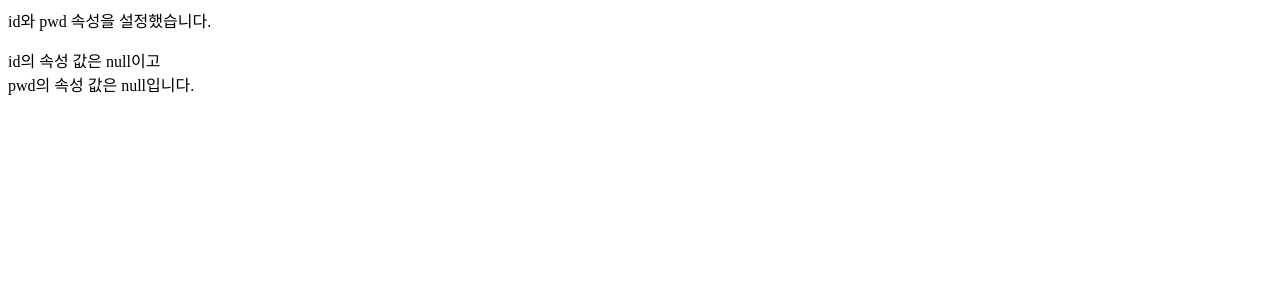
Repository: Chaenini/JSP
Page: http://localhost/Basic_JSP/coosession/LoginTestPro.jsp
These files come from the project's save history. The page is drawn as it stood at one moment and after the next save; the edit follows.
The browser window is 1280 px wide. The pictures show the whole page.
The page is served by Tomcat 9. Other server files are loaded and not shown.

Above is the page before, as saved 2019-10-13 17:24:34.

### JSP/Basic_JSP/WebContent/coosession/LoginTestPro.jsp
<%@ page language="java" contentType="text/html; charset=EUC-KR"
    pageEncoding="EUC-KR"%>
<!DOCTYPE html>
<html>
<head>
<meta charset="EUC-KR">
<title>세션 설정 및 사용</title>
</head>
<body>
	<%
	String id = request.getParameter("id");
	String pwd = request.getParameter("pwd");

	session.setAttribute("id	", id);
	session.setAttribute("pwd", pwd);
	%>

	id와 pwd 속성을 설정했습니다. <p>
	id의 속성 값은
	<%=(String)session.getAttribute("id") %>이고 <br>
	pwd의 속성 값은
	<%=(String)session.getAttribute("pwd")%>입니다.
</body>
</html>

After the next save:
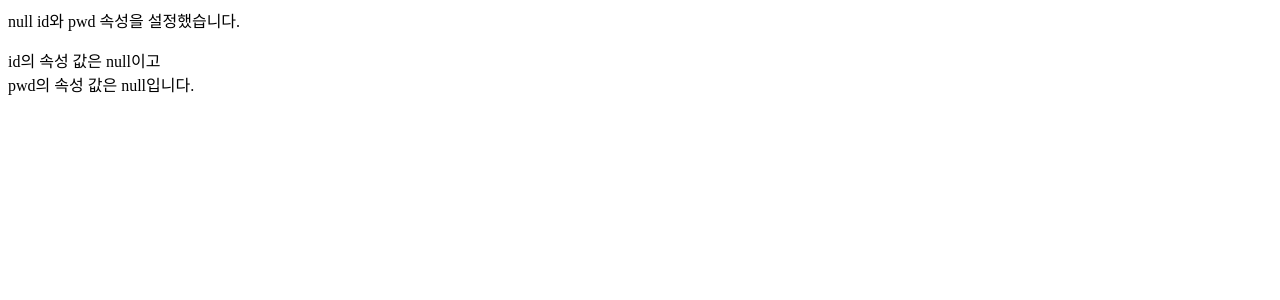
Saved 83 s later.
--- a/JSP/Basic_JSP/WebContent/coosession/LoginTestPro.jsp
+++ b/JSP/Basic_JSP/WebContent/coosession/LoginTestPro.jsp
@@ -10,7 +10,9 @@
 	<%
 	String id = request.getParameter("id");
 	String pwd = request.getParameter("pwd");
-
+	%>
+	<%=id %>
+	<%
 	session.setAttribute("id	", id);
 	session.setAttribute("pwd", pwd);
 	%>
